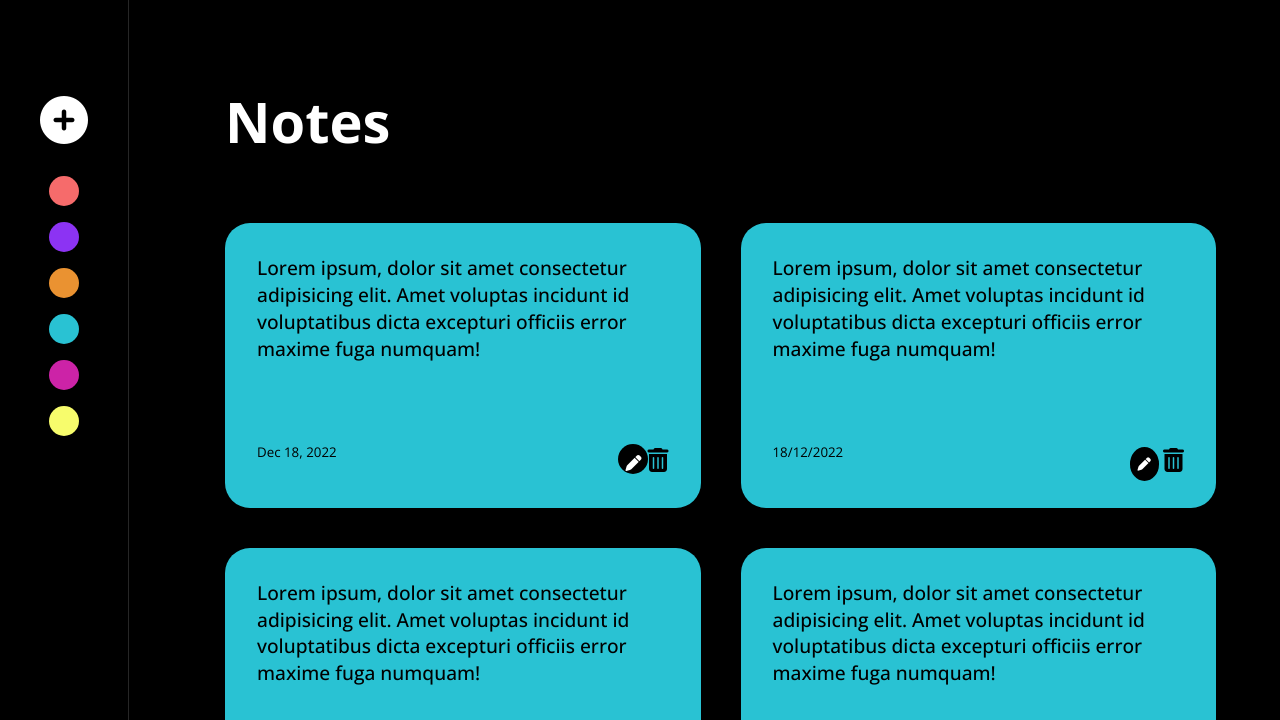
Repository: emiliaiwu/notes_app
Page: index.html
The author's editor kept a copy of each file at every save. The page is drawn from the files as they stood at one save, then again after the next save.
The browser window is 1280 px wide. The pictures show the whole page.
An inner scrolling area shows only its first screen. Some web libraries are served in a nearby version.

Above is the page before, as saved 2022-12-19 23:47:25.

### index.html
<!DOCTYPE html>
<html lang="en">
<head>
    <meta charset="UTF-8">
    <meta http-equiv="X-UA-Compatible" content="IE=edge">
    <meta name="viewport" content="width=device-width, initial-scale=1.0">
    <script src="https://kit.fontawesome.com/fd9c36575f.js" crossorigin="anonymous"></script>
    <link rel="stylesheet" href="style.css">
    <title>Notes App</title>
</head>
<body>
    <div class="container">
        <div class="add">
            <div class="add_card"><i class="fa-solid fa-circle-plus"></i></div>
            <ul class="card_colors">
                <li class="card_color c1"></li>
                <li class="card_color c2"></li>
                <li class="card_color c3"></li>
                <li class="card_color c4"></li>
                <li class="card_color c5"></li>
                <li class="card_color c6"></li>
            </ul>
        </div>
        <div class="cards_container">
            <h1>Notes</h1>
            <div class="cards">

                <div class="card">
                    <p class="text">
                        Lorem ipsum, dolor sit amet consectetur adipisicing elit. Amet voluptas incidunt id voluptatibus dicta excepturi officiis error maxime fuga numquam!
                    </p>
                    <div class="footer close">
                        <small class="date">Dec 18, 2022</small>
                        <div class="edit_delete">
                           <div class="edit"><i class="fa-solid fa-pen"></i></div>
                           <div class="delete"><i class="fa-solid fa-trash-can"></i></div>
                        </div>
                    </div>
                    <div class="footer open">
                        <ul class="edit_settings">
                            <li class="bold"><i class="fa-solid fa-bold"></i></li>
                            <li class="italic"><i class="fa-solid fa-italic"></i></li>
                            <li class="underline"><i class="fa-solid fa-underline"></i></li>
                            <li class="strikethrough"><i class="fa-solid fa-strikethrough"></i></li>
                            <li class="toggleBtn"><i class="fa-solid fa-list-ul"></i></li>
                            <li class="add_image"><i class="fa-solid fa-image"></i></li>
                        </ul>
                    </div>
                </div>

                <div class="card">
                    <span class="text">
                        Lorem ipsum, dolor sit amet consectetur adipisicing elit. Amet voluptas incidunt id voluptatibus dicta excepturi officiis error maxime fuga numquam!
                    </span>
                    <span class="footer close">
                        <small class="date">18/12/2022</small>
                        <span>
                           <small class="edit"><i class="fa-solid fa-pen"></i></small>
                           <small class="delete"><i class="fa-solid fa-trash-can"></i></small>
                        </span>
                    </span>
                    <span class="footer open">
                        <ul class="edit_settings">
                            <li class="bold"><i class="fa-solid fa-bold"></i></li>
                            <li class="italic"><i class="fa-solid fa-italic"></i></li>
                            <li class="underline"><i class="fa-solid fa-underline"></i></li>
                            <li class="strikethrough"><i class="fa-solid fa-strikethrough"></i></li>
                            <li class="toggleBtn"><i class="fa-solid fa-list-ul"></i></li>
                            <li class="add_image"><i class="fa-solid fa-image"></i></li>
                        </ul>
                    </span>
                </div>

                <div class="card">
                    <span class="text">
                        Lorem ipsum, dolor sit amet consectetur adipisicing elit. Amet voluptas incidunt id voluptatibus dicta excepturi officiis error maxime fuga numquam!
                    </span>
                    <span class="footer close">
                        <small class="date">18/12/2022</small>
                        <span>
                           <small class="edit"><i class="fa-solid fa-pen"></i></small>
                           <small class="delete"><i class="fa-solid fa-trash-can"></i></small>
                        </span>
                    </span>
                    <span class="footer open">
                        <ul class="edit_settings">
                            <li class="bold"><i class="fa-solid fa-bold"></i></li>
                            <li class="italic"><i class="fa-solid fa-italic"></i></li>
                            <li class="underline"><i class="fa-solid fa-underline"></i></li>
                            <li class="strikethrough"><i class="fa-solid fa-strikethrough"></i></li>
                            <li class="toggleBtn"><i class="fa-solid fa-list-ul"></i></li>
                            <li class="add_image"><i class="fa-solid fa-image"></i></li>
                        </ul>
                    </span>
                </div>

                <div class="card">
                    <span class="text">
                        Lorem ipsum, dolor sit amet consectetur adipisicing elit. Amet voluptas incidunt id voluptatibus dicta excepturi officiis error maxime fuga numquam!
                    </span>
                    <span class="footer close">
                        <small class="date">18/12/2022</small>
                        <span>
                           <small class="edit"><i class="fa-solid fa-pen"></i></small>
                           <small class="delete"><i class="fa-solid fa-trash-can"></i></small>
                        </span>
                    </span>
                    <span class="footer open">
                        <ul class="edit_settings">
                            <li class="bold"><i class="fa-solid fa-bold"></i></li>
                            <li class="italic"><i class="fa-solid fa-italic"></i></li>
                            <li class="underline"><i class="fa-solid fa-underline"></i></li>
                            <li class="strikethrough"><i class="fa-solid fa-strikethrough"></i></li>
                            <li class="toggleBtn"><i class="fa-solid fa-list-ul"></i></li>
                            <li class="add_image"><i class="fa-solid fa-image"></i></li>
                        </ul>
                    </span>
                </div>


            </div>
        </div>




    </div>

</body>
</html>

### style.css
@import url('https://fonts.googleapis.com/css2?family=Open+Sans:wght@300;400;500;700&display=swap');


* {
    margin: 0;
    padding: 0;
    box-sizing: border-box;
    list-style-type: none;

}

body {
    font-family: 'Open Sans', sans-serif;
    width: 100vw;
    height: 100vh;
    background-color: #000;
    color: #fff;

}

h1 {
    font-size: 3.5rem;
    margin-bottom: 4rem;
    color: #fff;
}

.container {
    display: flex;
    width: 100%;
    height: 100%;
    gap: 2rem;
}

.add {
    border-right: 1px solid rgba(255, 255, 255, 0.15);
    min-height: 100vh;
    display: flex;
    flex-direction: column;
    align-items: center;
    padding: 6rem 2.5rem;

}

.card_color {
    width: 30px;
    height: 30px;
    border-radius: 50%;
    margin-bottom: 1rem;

}

.fa-circle-plus {
    font-size: 3rem;
    margin-bottom: 2rem;
}

.c1 {
    background-color: #F66B6B;
}

.c2 {
    background-color: #8C33F3;
}

.c3 {
    background-color: #EA9231;
}

.c4 {
    background-color: #29C2D3;
}

.c5 {
    background-color: #CC23A7;
}

.c6 {
    background-color: #F7FC6C;
}






/* CARDS CONTAINER */

.cards_container {
    padding: 5.2rem 4rem;
    height: 100%;
    overflow-y: scroll;
    width: 100%;
    color: #000;
}

.cards {
    display: grid;
    grid-template-columns: repeat(auto-fit, minmax(19rem, 1fr));
    gap: 2.5rem;
}

.card {
    display: flex;
    flex-direction: column;
    justify-content: space-between;
    background-color: #29C2D3;
    padding: 2rem 2rem 1rem 2rem;
    border-radius: 25px;
}

.close,
.edit_settings {
    display: flex;
    justify-content: space-between;

}

.text {
    margin-bottom: 5rem;
    font-size: 1.2rem;
    font-weight: 500;
    line-height: 1.4;
}




.edit_delete {
    display: flex;
    justify-content: space-between;
    align-items: center;
}

.edit {
    background-color: #000;
    width: 30px;
    height: 30px;
    padding: .5rem;
    border-radius: 50%;
    color: #fff;
}

.delete {
    font-size: 1.5rem;
}

/* .fa-trash-can {
    margin-left: 1rem;
} */






.edit_settings {
    border-top: 1px solid rgba(0, 0, 0, 0.178);;
    width: 100%;
    padding: 1rem;
}

ul li i {
    font-size: 1.2rem;
}












/* OPEN AND CLOSE FUNCTIONALITY */

.open {
    display: none;

}

.close {
    padding-bottom: 1rem;
}

After the next save:
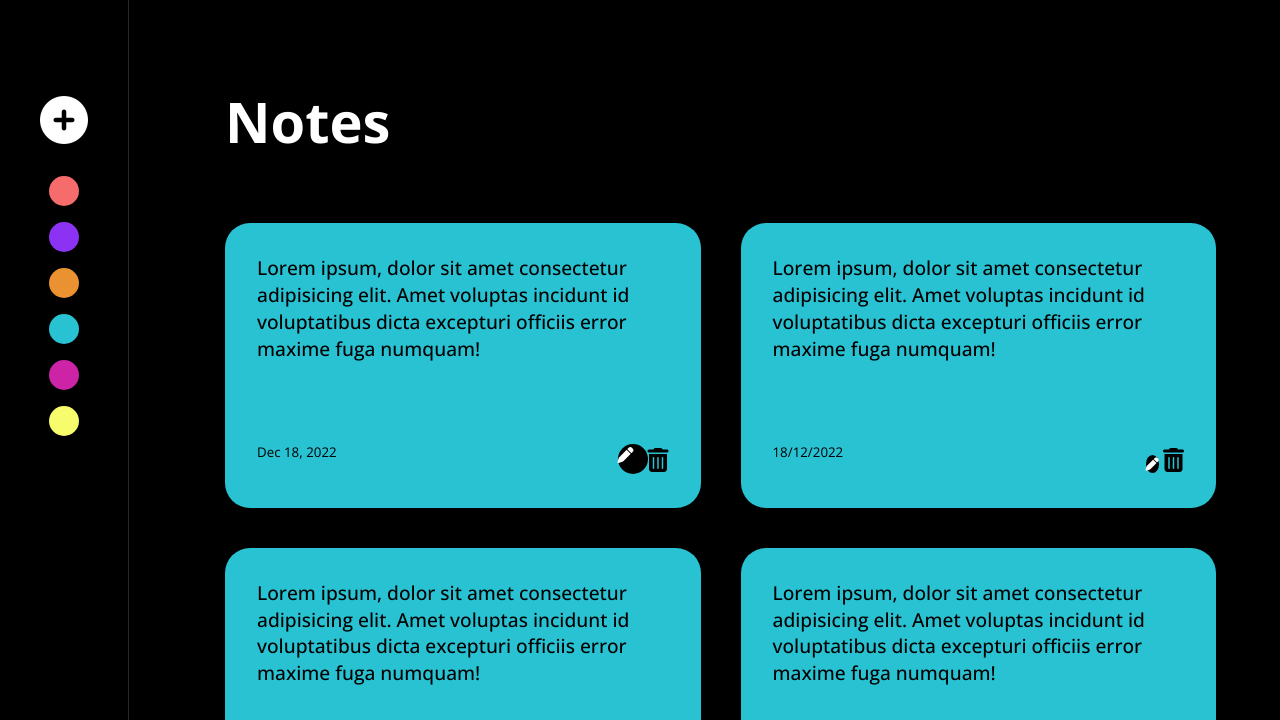
Saved 12 s later.
--- a/style.css
+++ b/style.css
@@ -135,7 +135,6 @@ h1 {
     background-color: #000;
     width: 30px;
     height: 30px;
-    padding: .5rem;
     border-radius: 50%;
     color: #fff;
 }
